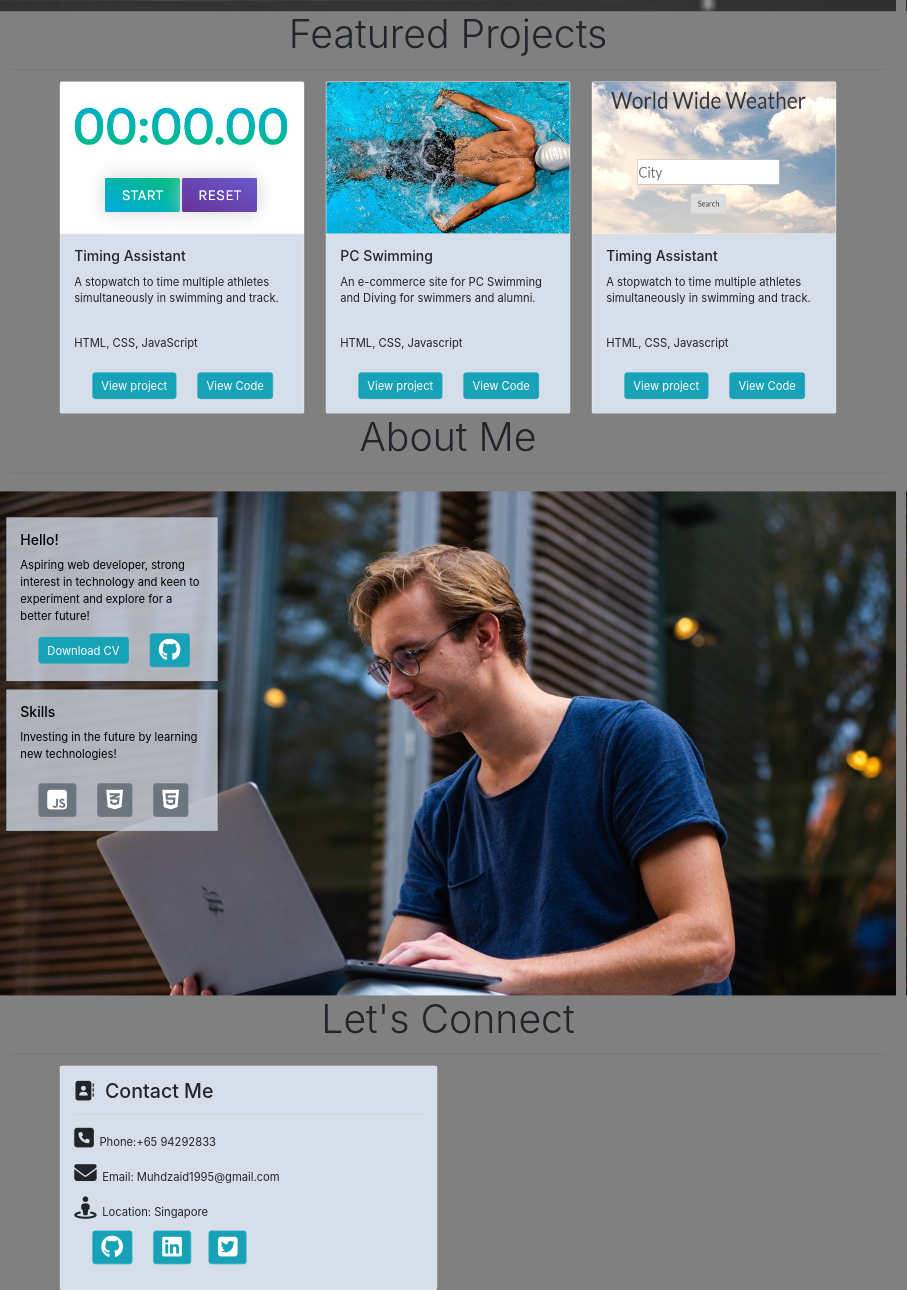
Repository: Code-Institute-Submissions/Zaidcoll-Project1
Page: index.html
The author's editor kept a record of every edit. The page is drawn from the files as they stood at one moment, then again after the next edit.
The browser window is 1280 px wide. The page is 1295 px wide, so the pictures cover 1295 px, including what lies to the right of the window. The pictures show the part of the page from y = 760 to 2640 px (the page is 2603 px tall before and 2640 px after), at 70% of full size.
Some web libraries are served in a nearby version.

Above is the page before.

### index.html
<!doctype html>
<html lang="en">
  <head>
    <meta charset="utf-8">
    <meta name="viewport" content="width=device-width, initial-scale=1, shrink-to-fit=no">
    <link rel="stylesheet" href="https://stackpath.bootstrapcdn.com/bootstrap/4.3.1/css/bootstrap.min.css" integrity="sha384-ggOyR0iXCbMQv3Xipma34MD+dH/1fQ784/j6cY/iJTQUOhcWr7x9JvoRxT2MZw1T" crossorigin="anonymous">
    <link rel="stylesheet" href='style.css'>
    <title>Resume</title>
  </head>
  <body>
    <nav class="navbar navbar-expand-lg navbar-dark bg-dark">
		<a class="navbar-brand" href="#">HELLO WORLD</a>
      <button class="navbar-toggler" type="button" data-toggle="collapse" data-target="#navbarSupportedContent" aria-controls="navbarSupportedContent" aria-expanded="false" aria-label="Toggle navigation">
        <span class="navbar-toggler-icon"></span>
      </button>

    <div class="collapse navbar-collapse" id="navbarSupportedContent">
      <ul class="navbar-nav mr-auto">
        <li class="nav-item active">
          <a class="nav-link" href="#">Home <span class="sr-only">(current)</span></a>
          <li> <a class="nav-link" href="#">Portfolio</a></li>
          <li>  <a class="nav-link" href="#">Introduction</a></li>
          <li>  <a class="nav-link" href="#">Contacts</a></li>
        </li>
      </ul>
    </div>
  </nav>

  <div class ='container-fullwidth'>
  <a name = 'home'>
    <div class = 'hero'>
      <div class = hero-text >
        <div class = 'row'>
          <div class = 'col-12'>
            <h1>MUHD ZAID </h1>
            <h3>Full Stack Developer</h3>
            <hr id = 'hr-1'>
            <a href="#portfolio" class="btn btn-light">Project</a>
          </div>
        </div>
    </div>
  </div>

  <div class = 'container-fluid'>
    <div class = 'row text-center'>
      <div class = 'col-12'>
        <a name = 'portfolio'>
        <h1 class = 'display-4 title-style'>Featured Projects </h1>
        <hr>
      </div>
    </div>
  </div>

  <div class = 'container'>
    <div class = 'row align-text'>
      <div class = 'col-md-4'>
        <div class = 'card'>
          <a href='#' target='_blank'>
            <img class="card-img-top" src="images/image-1.PNG" alt="Timewatch">
          </a>
          <div class="card-body">
            <h5 class="card-title">Timing Assistant</h5>
            <p class="card-text">A stopwatch to time multiple athletes simultaneously in swimming and track.</p> </br> <p class = 'card-style'>HTML, CSS, JavaScript</p>
            <a href="#" class="btn btn-info" target='_blank'>View project</a>
            <a href="#" class="btn btn-info" target='_blank'>View Code</a>
          </div>
        </div>
      </div>

      <div class = 'col-md-4'>
        <div class = 'card card-2'>
          <a href ='#'target='_blank'>
          <img class="card-img-top" src="images/image-2.jpg" alt="Swimmer">
          </a>
          <div class="card-body">
            <h5 class="card-title">PC Swimming</h5>
            <p class="card-text">An e-commerce site for PC Swimming and Diving for swimmers and alumni.</p> </br> <p class = 'card-style'>HTML, CSS, Javascript</p>
            <a href="#" class="btn btn-info"target='_blank'>View project</a>
            <a href="#" class="btn btn-info"target='_blank'>View Code</a>
          </div>
        </div>
      </div>

      <div class = 'col-md-4'>
        <div class = 'card card-3'>
        <a href =#target='_blank'>
          <img class="card-img-top" src="images/image-3.PNG" alt="Weather">
        </a>
          <div class="card-body">
            <h5 class="card-title">Timing Assistant</h5>
            <p class="card-text">A stopwatch to time multiple athletes simultaneously in swimming and track.</p> </br> <p class = 'card-style'>HTML, CSS, Javascript</p>
            <a href="#" class="btn btn-info" target='_blank'>View project</a>
            <a href="#" class="btn btn-info" target='_blank'>View Code</a>
          </div>
        </div>
      </div>
    </div>
  </div>

   <div class = 'container-fluid'>
    <div class = 'row text-center'>
      <div class = 'col-12'>
        <a name='about'>
        <h1 class = 'display-4 title-style about'>About Me</h1>
        <hr>
      </div>
    </div>
  </div>

   <div class = 'container-fullwidth'>
    <div class = 'hero-2'>
      <div class="card"id ='about-me'>
          <div class="card-body">
            <h5 class="card-title">Hello!</h5>
            <p class="card-text">Aspiring web developer, strong interest in technology and keen to experiment and explore for a better future!</p>
              <a href="https://www.pdfhost.net/index.php?Action=DownloadFile&id=930bccb3a2eb86f6e923270a78e95043" class="btn btn-info">Download CV</a>
              <a class="btn btn-info" href="https://github.com/Zaidcoll/test-1" target='_blank'data-placement="bottom" title="Github"><i class="fab fa-github fa-2x "></i></a>
          </div>
      </div>
      <div class = 'card' id = 'skills'>
        <div class = 'card-body'>
          <h5 class="card-title">Skills</h5>
            <p class="card-text">Investing in the future by learning new technologies!</p>
            <button type="button" class="btn btn-secondary" data-toggle="tooltip" data-placement="bottom" title="JavaScript"><i class="fab fa-js-square fa-2x "></i>
            </button>

            <button type="button" class="btn btn-secondary" data-toggle="tooltip" data-placement="bottom" title="CSS"><i class="fab fa-css3-alt fa-2x "></i>
            </button>

            <button type="button" class="btn btn-secondary" data-toggle="tooltip" data-placement="bottom" title="HTML"><i class="fab fa-html5 fa-2x "></i>
            </button>

          </div>
        </div>
      </div>
    </div>
  </div>

  <div class = 'container-fluid'>
    <div class = 'row text-center'>
      <div class = 'col-12'>
        <a name='contacts'>
        <h1 class = 'display-4 title-style'>Let's Connect</h1>
        <hr>
      </div>
    </div>
  </div>



<div class = 'container'>
  <div class = 'row'>
    <div class = 'col-md-6'>
      <div class="card">
      <div class="card-body">
        <h3 class="card-title"><i class="fas fa-address-book mr-3 "></i>Contact Me</h3>
        <hr>
          <p class="card-text"><i class="fas fa-phone-square fa-2x mr-2"></i>Phone:+65 94292833</p>
          <p class="card-text"><i class="fas fa-envelope fa-2x mr-2"></i>Email: Muhdzaid1995@gmail.com</p>
          <p class="card-text"><i class="fas fa-street-view fa-2x mr-2"></i>Location: Singapore</p>
          <p> <a class="btn btn-info" href="#"data-placement="bottom" title="Github"><i class="fab fa-github fa-2x "></i></a> <a class="btn btn-info" href="#"data-placement="bottom" title="Linkedin"><i class="fab fa-linkedin fa-2x "></i></a><a class="btn btn-info" href="#"data-placement="bottom" title="Twitter"><i class="fab fa-twitter-square fa-2x "></i></a></p>
      </div>
    </div>
    </div>

    <script src="https://kit.fontawesome.com/ce1f594b7c.js"></script>
    <script src="https://code.jquery.com/jquery-3.3.1.slim.min.js" integrity="sha384-q8i/X+965DzO0rT7abK41JStQIAqVgRVzpbzo5smXKp4YfRvH+8abtTE1Pi6jizo" crossorigin="anonymous"></script>
    <script src="https://cdnjs.cloudflare.com/ajax/libs/popper.js/1.14.7/umd/popper.min.js" integrity="sha384-UO2eT0CpHqdSJQ6hJty5KVphtPhzWj9WO1clHTMGa3JDZwrnQq4sF86dIHNDz0W1" crossorigin="anonymous"></script>
    <script src="https://stackpath.bootstrapcdn.com/bootstrap/4.3.1/js/bootstrap.min.js" integrity="sha384-JjSmVgyd0p3pXB1rRibZUAYoIIy6OrQ6VrjIEaFf/nJGzIxFDsf4x0xIM+B07jRM" crossorigin="anonymous"></script>
  </body>
</html>

### style.css
body{
    background-color:grey;
}

.hero{
  color:rgb(255, 255, 255);
  background-image:url(images/hero-image.jpg);
  height:100vh;
  background-size:cover;
  padding-bottom:10vh;
}

.hero-text{
  letter-spacing:0.8px;
  font-size:150%;
  text-align: center;
}
#hr-1{
  background:white;
  width:420px;
}

.hero-2{
  margin-top:10px;
  color:white;
  background-image:url(images/about.jpg);
  height:100vh;
  background-size:cover;
  padding-top:5vh;
}

#about-me{
width: 19rem;
margin-left:8px;
color:black;
background:rgba(173, 5, 5, 0.1);
}
#skills{
width:19rem;
height:12rem;
margin-top:10px;
margin-left:8px;
color:black;
background:rgba(173, 5, 5, 0.1);
}

.btn{
  margin-top: 2vh;
  margin-left: 2vw;
}

.card-body{
  background-color:rgba(204, 216, 228, 0.801);
}

After the next edit:
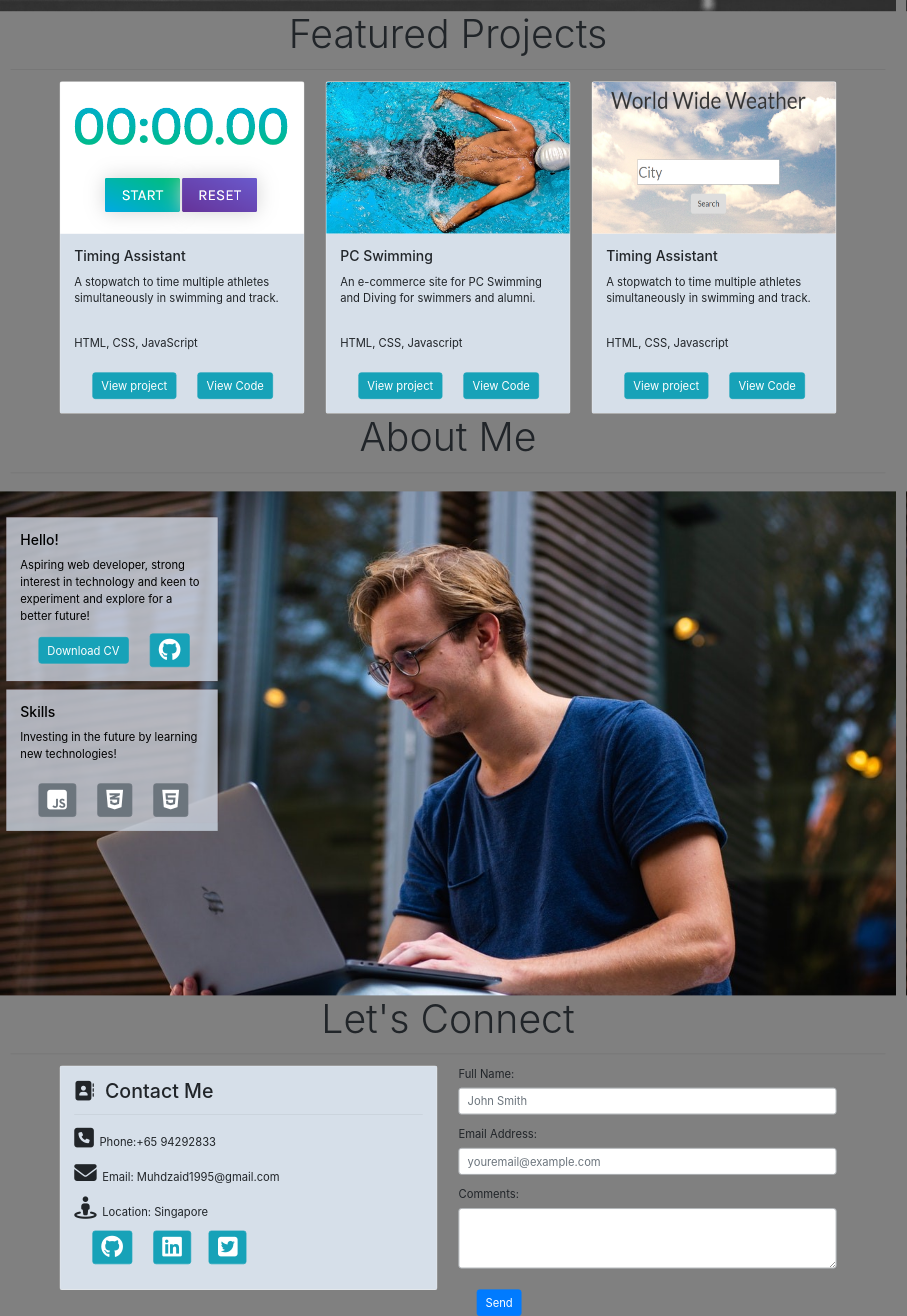
The edit:
--- a/index.html
+++ b/index.html
@@ -163,6 +163,26 @@
     </div>
     </div>
 
+    <div class = 'col-md-6'>
+      <form>
+        <div class="form-group">
+          <label for="exampleFormControlInput1">Full Name:</label>
+          <input type="text" class="form-control" id="exampleFormControlInput1" placeholder="John Smith">
+        </div>
+        <div class="form-group">
+          <label for="exampleFormControlInput1">Email Address:</label>
+          <input type="email" class="form-control" id="exampleFormControlInput1" placeholder="youremail@example.com">
+        </div>
+        <div class="form-group">
+          <label for="exampleFormControlTextarea1">Comments:</label>
+          <textarea class="form-control" id="exampleFormControlTextarea1" rows="3"></textarea>
+        </div>
+        <button class="btn btn-primary" type="submit">Send</button>
+      </form>
+    </div>
+  </div>
+</div>
+
     <script src="https://kit.fontawesome.com/ce1f594b7c.js"></script>
     <script src="https://code.jquery.com/jquery-3.3.1.slim.min.js" integrity="sha384-q8i/X+965DzO0rT7abK41JStQIAqVgRVzpbzo5smXKp4YfRvH+8abtTE1Pi6jizo" crossorigin="anonymous"></script>
     <script src="https://cdnjs.cloudflare.com/ajax/libs/popper.js/1.14.7/umd/popper.min.js" integrity="sha384-UO2eT0CpHqdSJQ6hJty5KVphtPhzWj9WO1clHTMGa3JDZwrnQq4sF86dIHNDz0W1" crossorigin="anonymous"></script>
